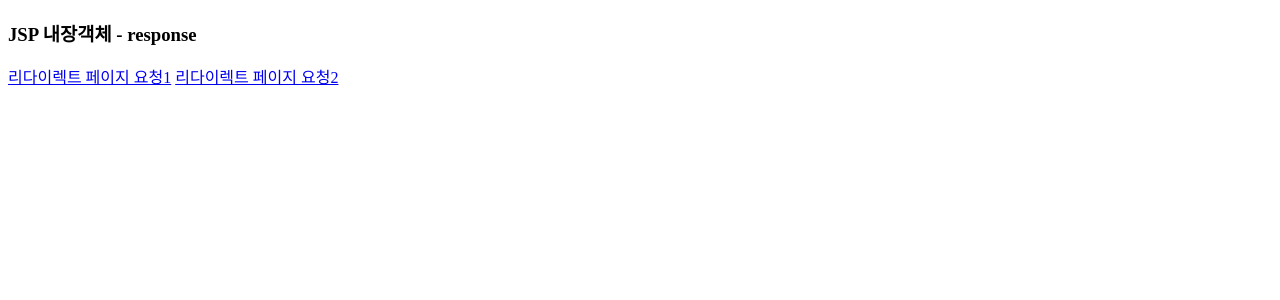
Repository: SangKyuuu/Jsp
Page: http://localhost/ch03/2_response.jsp
The author's editor kept a copy of each file at every save. The page is drawn from the files as they stood at one save, then again after the next save.
The browser window is 1280 px wide. The pictures show the whole page.
The page is served by Tomcat 9.

Above is the page before, as saved 2025-07-28 06:21:45.

### ch03/src/main/webapp/2_response.jsp
<%@ page contentType="text/html; charset=UTF-8" pageEncoding="UTF-8"%>
<!DOCTYPE html>
<html>
	<head>
		<meta charset="UTF-8">
		<title>JSP 내장객체 Response</title>
		<!--
			25/07/28
			최상규
			JSP 내장객체 response 실습하기
		 -->
	</head>
	<body>
		<h3>JSP 내장객체 - response</h3>

		<a href="./proc/redirect1.jsp">리다이렉트 페이지 요청1</a>
		<a href="./proc/redirect2.jsp">리다이렉트 페이지 요청2</a>
	</body>
</html>

After the next save:
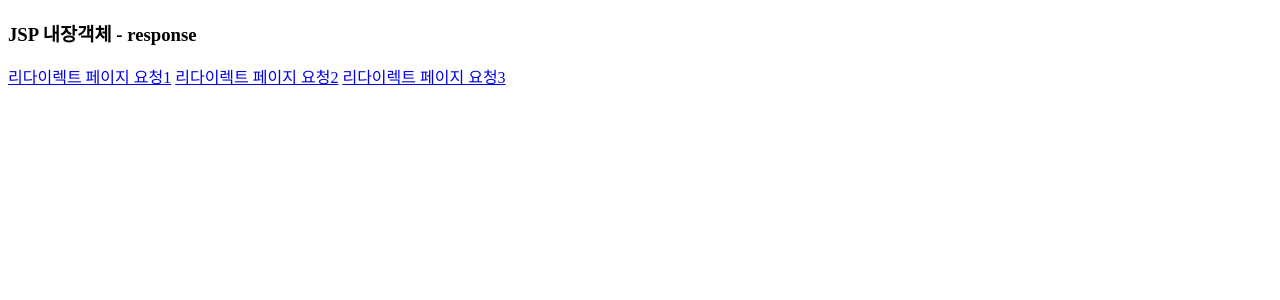
Saved 14 s later.
--- a/ch03/src/main/webapp/2_response.jsp
+++ b/ch03/src/main/webapp/2_response.jsp
@@ -15,5 +15,6 @@
 
 		<a href="./proc/redirect1.jsp">리다이렉트 페이지 요청1</a>
 		<a href="./proc/redirect2.jsp">리다이렉트 페이지 요청2</a>
+		<a href="./proc/redirect3.jsp">리다이렉트 페이지 요청3</a>
 	</body>
 </html>
